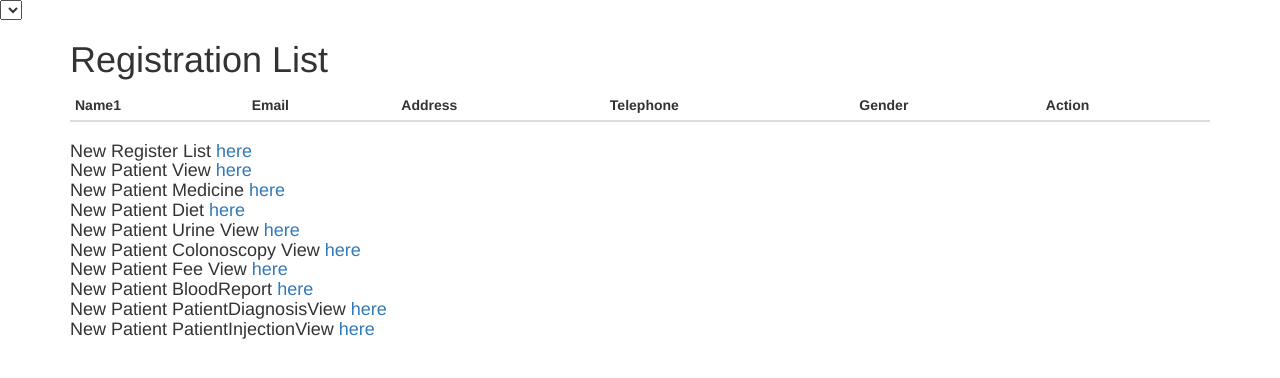
Repository: SACHINnANYAKKARA/2nd_Year_final_Project
Page: http://localhost/SpringMVCHibernateCRUD/WEB-INF/pages/home.jsp
These files come from the project's save history. The page is drawn as it stood at one moment and after the next save; the edit follows.
The browser window is 1280 px wide. The pictures show the whole page.
The page is served by Tomcat 9. Nobody is signed in. Other server files are loaded and not shown. The template is opened directly, without the code that normally fills it, so the values that code supplies are empty.

Above is the page before, as saved 2018-04-02 14:31:41.

### SpringMVCHibernateCRUD/src/main/webapp/WEB-INF/pages/home.jsp
<%@page contentType="text/html" pageEncoding="UTF-8"%>
<!DOCTYPE HTML PUBLIC "-//W3C//DTD HTML 4.01 Transitional//EN"
   "http://www.w3.org/TR/html4/loose.dtd">
<%@ taglib uri="http://java.sun.com/jsp/jstl/core" prefix="c" %>

<html>
<head>
<meta http-equiv="Content-Type" content="text/html; charset=UTF-8">
<meta charset="utf-8">
  <meta name="viewport" content="width=device-width, initial-scale=1">
  <link rel="stylesheet" href="https://maxcdn.bootstrapcdn.com/bootstrap/3.3.7/css/bootstrap.min.css">
  <script src="https://ajax.googleapis.com/ajax/libs/jquery/3.3.1/jquery.min.js"></script>
  <script src="https://maxcdn.bootstrapcdn.com/bootstrap/3.3.7/js/bootstrap.min.js"></script>
<title>Employee Management Screen</title>
</head>
<body>

   <select name="staffId">
     <c:forEach var="staff" items="${listStock}">
    <option value="${staff.ids}">${staff.email}</option>
   </c:forEach>
   </select>

	<div class="container">
		<h1>Registration List</h1>




		 <table class="table table-condensed">
    <thead>
          <tr>
			<th>Name1</th>
			<th>Email</th>
			<th>Address</th>
			<th>Telephone</th>
			<th>Gender</th>
			<th>Action</th>
           </tr>
          </thead>

           <tbody>
			<c:forEach var="stock" items="${listStock}">
				<tr>

					<td>${stock.full_name}</td>
					<td>${stock.email}</td>
					<td>${stock.address}</td>
					<td>${stock.telephone}</td>
					<td>${stock.gender}</td>
					<td><a href="editStock?ids=${stock.ids}">Edit</a>
						 <a
						href="deleteStock?ids=${stock.ids}">Delete</a></td>

				</tr>
			</c:forEach>
             </tbody>
		</table>
		<h4>
			New Register List <a href="newStock">here</a>
			</br>
			New Patient View <a href="PatientsView">here</a>
		    </br>
		    New Patient Medicine <a href="PatientsMedicines">here</a>
		   <br>
		   New Patient Diet <a href="DietView">here</a>
		   <br>
		    New Patient Urine View <a href="UrineView">here</a>
			<br>
			New Patient Colonoscopy  View <a href="ColonoscopyView">here</a>
			<br>
			New Patient Fee View <a href="PatientFeeView">here</a>
			<br>
			New Patient BloodReport <a href="BloodReportView">here</a>
			<br>
			New Patient PatientDiagnosisView <a href="PatientDiagnosisView">here</a>
			<br>
			New Patient PatientInjectionView <a href="PatientInjectionView">here</a>




		</h4>
	</div>
</body>
</html>

After the next save:
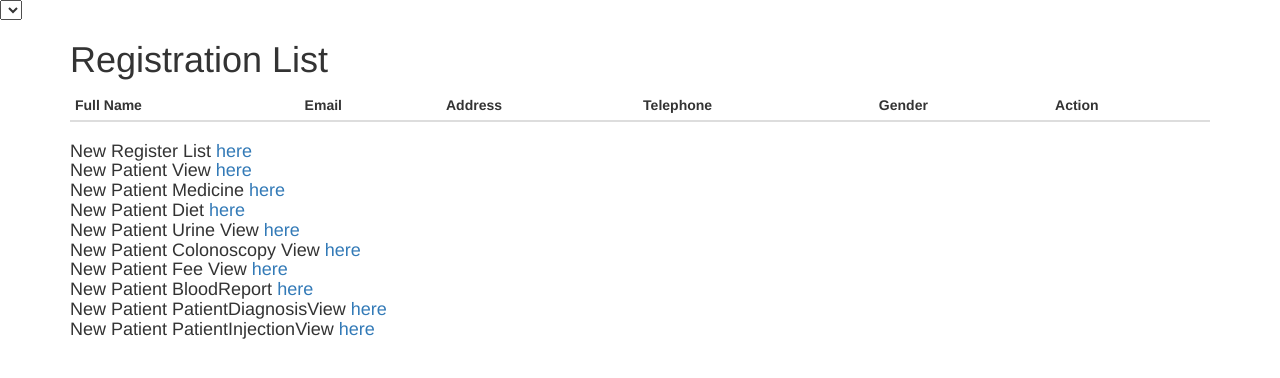
Saved 17 h 7 min later.
--- a/SpringMVCHibernateCRUD/src/main/webapp/WEB-INF/pages/home.jsp
+++ b/SpringMVCHibernateCRUD/src/main/webapp/WEB-INF/pages/home.jsp
@@ -30,7 +30,7 @@
 		 <table class="table table-condensed">
     <thead>
           <tr>
-			<th>Name1</th>
+			<th>Full Name</th>
 			<th>Email</th>
 			<th>Address</th>
 			<th>Telephone</th>
